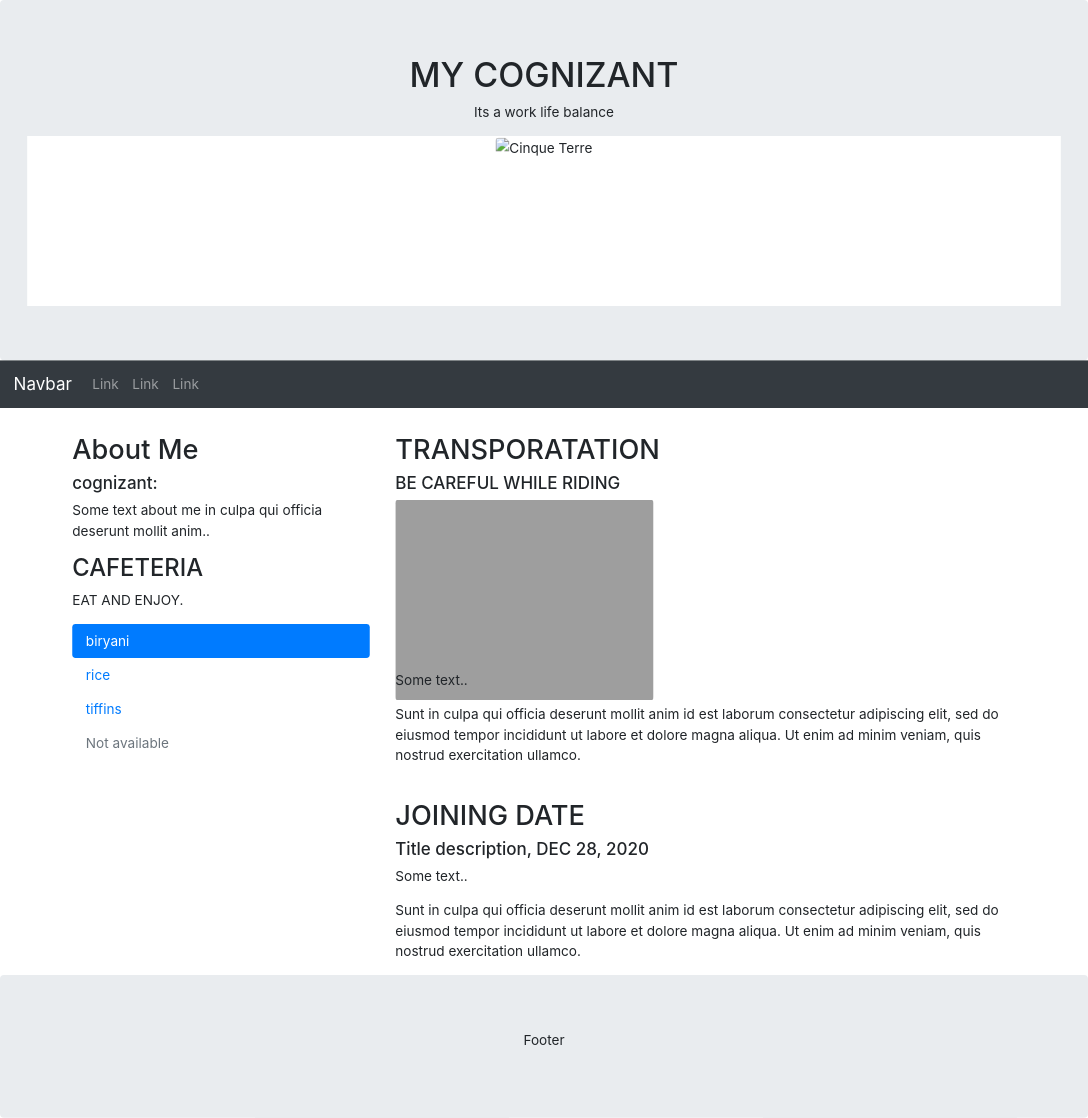
Repository: suvarsha/cognizant-projects
Page: BootStramp1/WebContent/first.html
These files come from the project's save history. The page is drawn as it stood at one moment and after the next save; the edit follows.
The browser window is 1280 px wide. The pictures show the whole page, at 85% of full size.
Pictures or frames that could not be fetched are drawn as grey boxes.

Above is the page before, as saved 2020-01-18 11:56:37.

After the next save:
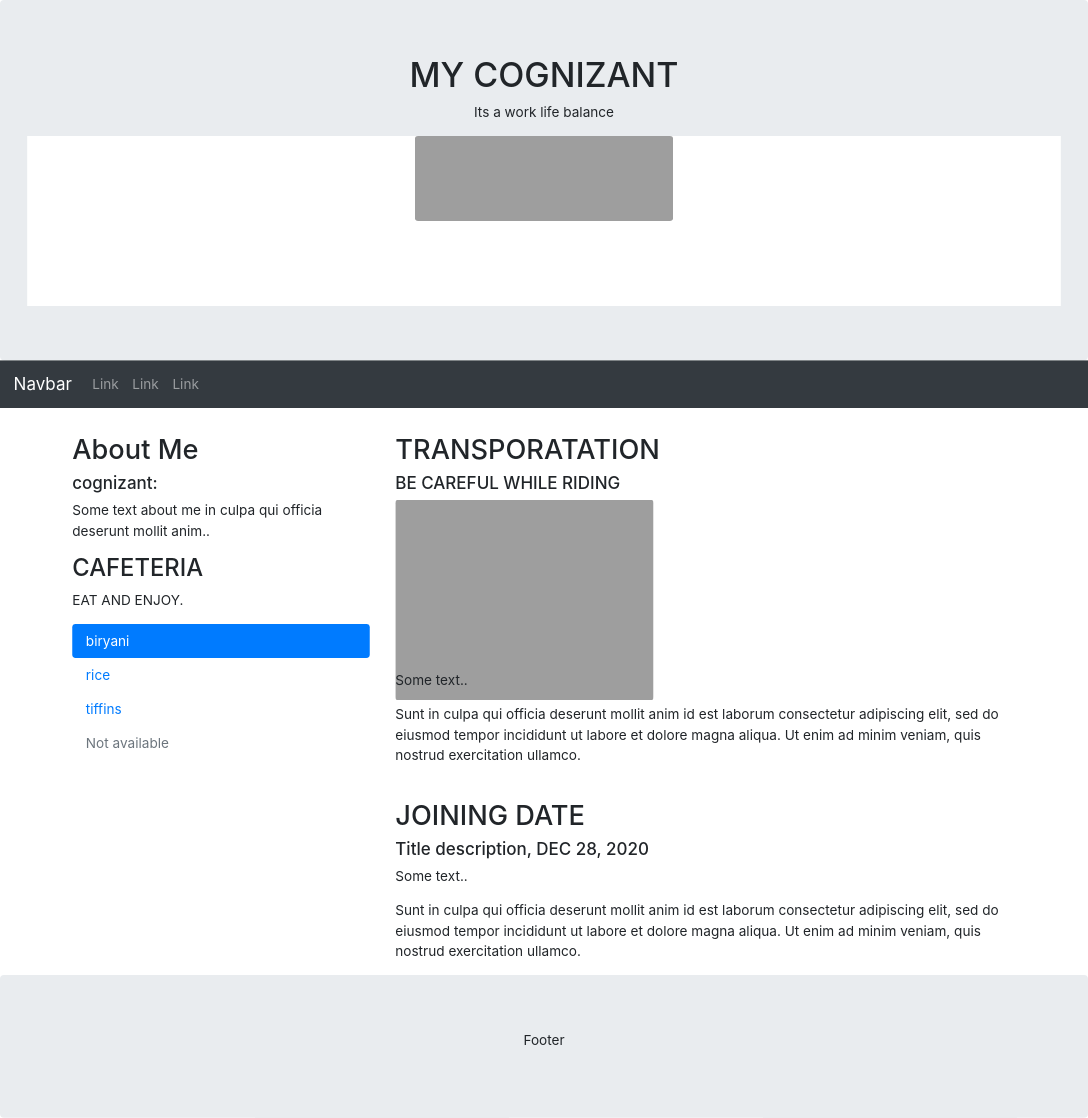
Saved 84 s later.
--- a/BootStramp1/WebContent/first.html
+++ b/BootStramp1/WebContent/first.html
@@ -21,7 +21,7 @@
   <h1>MY COGNIZANT</h1>
   <p>Its a  work life balance</p>
   <div class="fakeimg">
-  <img src=""C:\cognizant\BootStramp1\WebContent\image\download (1).jpg class="rounded" alt="Cinque Terre" width="304" height="100"></div>
+  <img src="C:\cognizant\BootStramp1\WebContent\image\download (1).jpg"  class="rounded" alt="Cinque Terre" width="304" height="100"></div>
 </div>
 
 <nav class="navbar navbar-expand-sm bg-dark navbar-dark">
